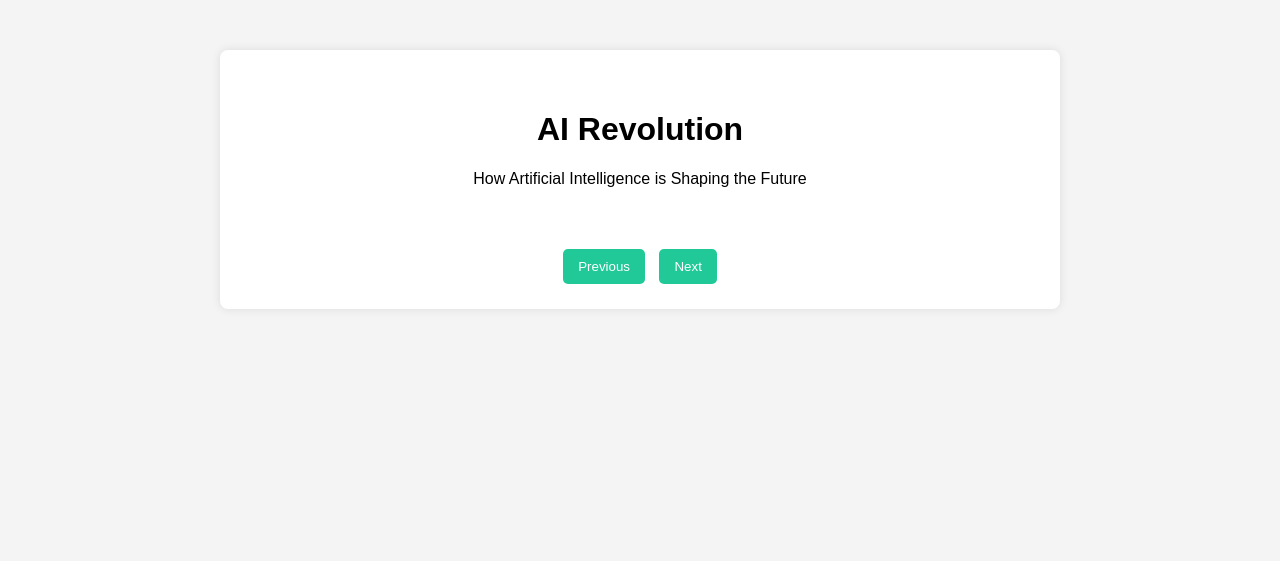
Repository: TemoshoS/ai
Page: index.html
An editor plug-in stored every save of this project. The page is shown before and after the next save, followed by the edit.
The browser window is 1280 px wide. The pictures show the whole page.

Above is the page before, as saved 2025-02-16 13:58:32.

### index.html
<!DOCTYPE html>
<html lang="en">
<head>
    <meta charset="UTF-8">
    <meta name="viewport" content="width=device-width, initial-scale=1.0">
    <title>AI Revolution Presentation</title>
    <link rel="stylesheet" href="styles.css">
</head>
<body>
    <div class="presentation">
        <div class="slide active">
            <h1>AI Revolution</h1>
            <p>How Artificial Intelligence is Shaping the Future</p>
        </div>

        <div class="slide">
            <h2>Introduction</h2>
            <p>AI is transforming industries by automating tasks, improving efficiency, and enabling smart decision-making.</p>
        </div>

        <div class="slide">
            <h2>AI in Action</h2>
            <p>AI is used in healthcare for diagnosis, in finance for fraud detection, and in self-driving cars for navigation.</p>
        </div>

        <div class="slide">
            <h2>Ask AI</h2>
            <p>Type a question about AI and get a response!</p>
            <input type="text" id="userInput" placeholder="Ask AI...">
            <button id="askAI">Ask AI</button>
            <p id="aiResponse"></p>
        </div>

        <div class="slide">
            <h2>Conclusion</h2>
            <p>AI is evolving rapidly, offering new opportunities and ethical challenges.</p>
        </div>

        <div class="controls">
            <button id="prev">Previous</button>
            <button id="next">Next</button>
        </div>
    </div>

    <script src="script.js"></script>
</body>
</html>

### styles.css
body {
    font-family: Arial, sans-serif;
    text-align: center;
    margin: 0;
    background: #f4f4f4;
}

.presentation {
    max-width: 800px;
    margin: 50px auto;
    background: white;
    padding: 20px;
    border-radius: 8px;
    box-shadow: 0px 0px 10px rgba(0, 0, 0, 0.1);
    position: relative;
}

.slide {
    display: none;
    padding: 20px;
}

.slide.active {
    display: block;
    animation: fade 0.5s ease-in-out;
}

@keyframes fade {
    from { opacity: 0; }
    to { opacity: 1; }
}

.controls {
    margin-top: 20px;
}

button {
    background: #20C997;
    color: white;
    padding: 10px 15px;
    border: none;
    cursor: pointer;
    margin: 5px;
    border-radius: 5px;
}

button:hover {
    background: #17a589;
}

input {
    padding: 10px;
    width: 70%;
    border: 1px solid #ccc;
    border-radius: 5px;
}

#aiResponse {
    font-weight: bold;
    color: #333;
    margin-top: 15px;
}

### script.js
let slides = document.querySelectorAll(".slide");
let currentSlide = 0;

document.getElementById("next").addEventListener("click", function () {
    changeSlide(1);
});

document.getElementById("prev").addEventListener("click", function () {
    changeSlide(-1);
});

function changeSlide(direction) {
    slides[currentSlide].classList.remove("active");
    currentSlide += direction;

    if (currentSlide < 0) {
        currentSlide = slides.length - 1;
    } else if (currentSlide >= slides.length) {
        currentSlide = 0;
    }

    slides[currentSlide].classList.add("active");
}

// AI Fake Response
document.getElementById("askAI").addEventListener("click", function () {
    let userInput = document.getElementById("userInput").value.trim();

    if (!userInput) {
        alert("Please enter a question!");
        return;
    }

    document.getElementById("aiResponse").innerText = "Thinking...";

    setTimeout(() => {
        let fakeResponses = [
            "AI helps automate repetitive tasks.",
            "Machine learning enables computers to learn from data.",
            "AI is used in chatbots, self-driving cars, and healthcare.",
            "AI raises ethical concerns, including bias and job automation.",
            "AI can improve cybersecurity by detecting threats."
        ];

        let randomResponse = fakeResponses[Math.floor(Math.random() * fakeResponses.length)];

        document.getElementById("aiResponse").innerText = randomResponse;
    }, 1500);
});

After the next save:
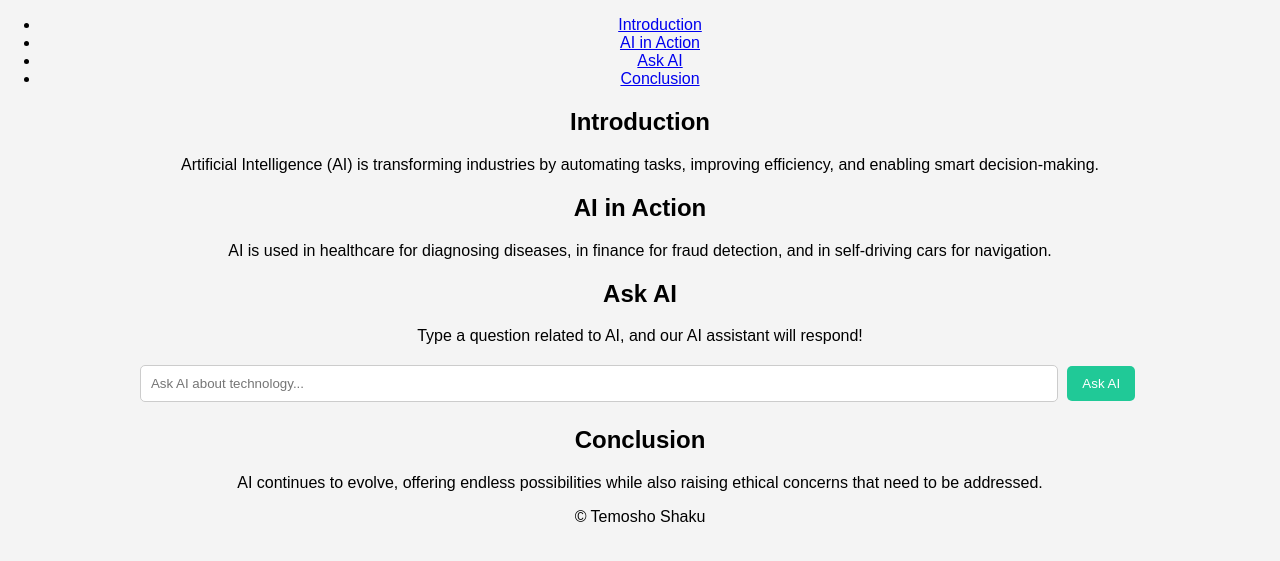
Console error: TypeError: Cannot read properties of null (reading 'addEventListener')
Saved 26 s later.
--- a/index.html
+++ b/index.html
@@ -3,44 +3,46 @@
 <head>
     <meta charset="UTF-8">
     <meta name="viewport" content="width=device-width, initial-scale=1.0">
-    <title>AI Revolution Presentation</title>
+    <title>AI Revolution</title>
     <link rel="stylesheet" href="styles.css">
 </head>
 <body>
-    <div class="presentation">
-        <div class="slide active">
-            <h1>AI Revolution</h1>
-            <p>How Artificial Intelligence is Shaping the Future</p>
-        </div>
 
-        <div class="slide">
-            <h2>Introduction</h2>
-            <p>AI is transforming industries by automating tasks, improving efficiency, and enabling smart decision-making.</p>
-        </div>
+    <nav>
+        <ul>
+            <li><a href="#intro">Introduction</a></li>
+            <li><a href="#body">AI in Action</a></li>
+            <li><a href="#chatbot">Ask AI</a></li>
+            <li><a href="#conclusion">Conclusion</a></li>
+        </ul>
+    </nav>
 
-        <div class="slide">
-            <h2>AI in Action</h2>
-            <p>AI is used in healthcare for diagnosis, in finance for fraud detection, and in self-driving cars for navigation.</p>
-        </div>
+    <section id="intro">
+        <h2>Introduction</h2>
+        <p>Artificial Intelligence (AI) is transforming industries by automating tasks, improving efficiency, and enabling smart decision-making.</p>
+    </section>
 
-        <div class="slide">
-            <h2>Ask AI</h2>
-            <p>Type a question about AI and get a response!</p>
-            <input type="text" id="userInput" placeholder="Ask AI...">
-            <button id="askAI">Ask AI</button>
-            <p id="aiResponse"></p>
-        </div>
+    <section id="body">
+        <h2>AI in Action</h2>
+        <p>AI is used in healthcare for diagnosing diseases, in finance for fraud detection, and in self-driving cars for navigation.</p>
+    </section>
 
-        <div class="slide">
-            <h2>Conclusion</h2>
-            <p>AI is evolving rapidly, offering new opportunities and ethical challenges.</p>
-        </div>
+    <section id="chatbot">
+        <h2>Ask AI</h2>
+        <p>Type a question related to AI, and our AI assistant will respond!</p>
+        <input type="text" id="userInput" placeholder="Ask AI about technology...">
+        <button id="askAI">Ask AI</button>
+        <p id="aiResponse"></p>
+    </section>
 
-        <div class="controls">
-            <button id="prev">Previous</button>
-            <button id="next">Next</button>
-        </div>
-    </div>
+    <section id="conclusion">
+        <h2>Conclusion</h2>
+        <p>AI continues to evolve, offering endless possibilities while also raising ethical concerns that need to be addressed.</p>
+    </section>
+
+    <footer>
+        <p>&copy;  Temosho Shaku</p>
+    </footer>
 
     <script src="script.js"></script>
 </body>
